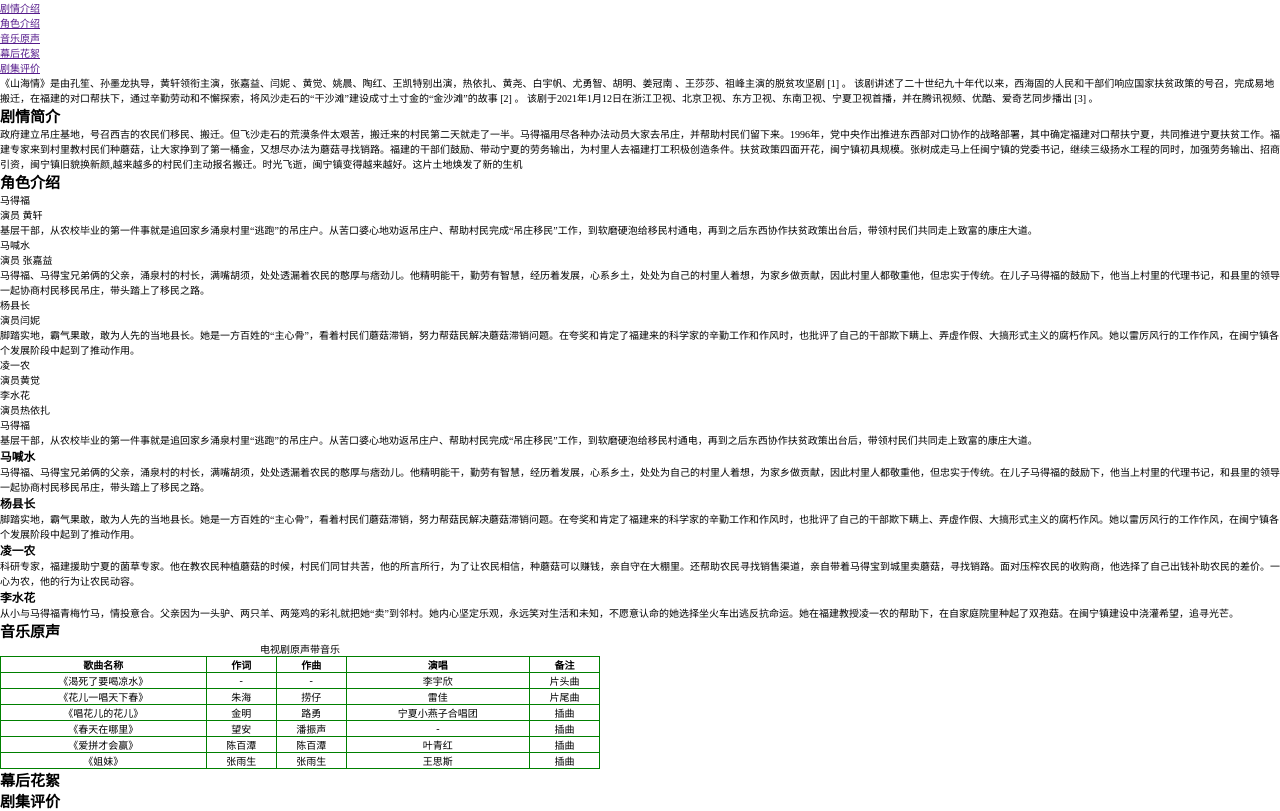
Repository: Lixianlai-2/static-website
Page: index.html
An editor plug-in stored every save of this project. The page is shown before and after the next save, followed by the edit.
The browser window is 1280 px wide. The pictures show the whole page.

Above is the page before, as saved 2021-11-30 20:24:40.

After the next save:
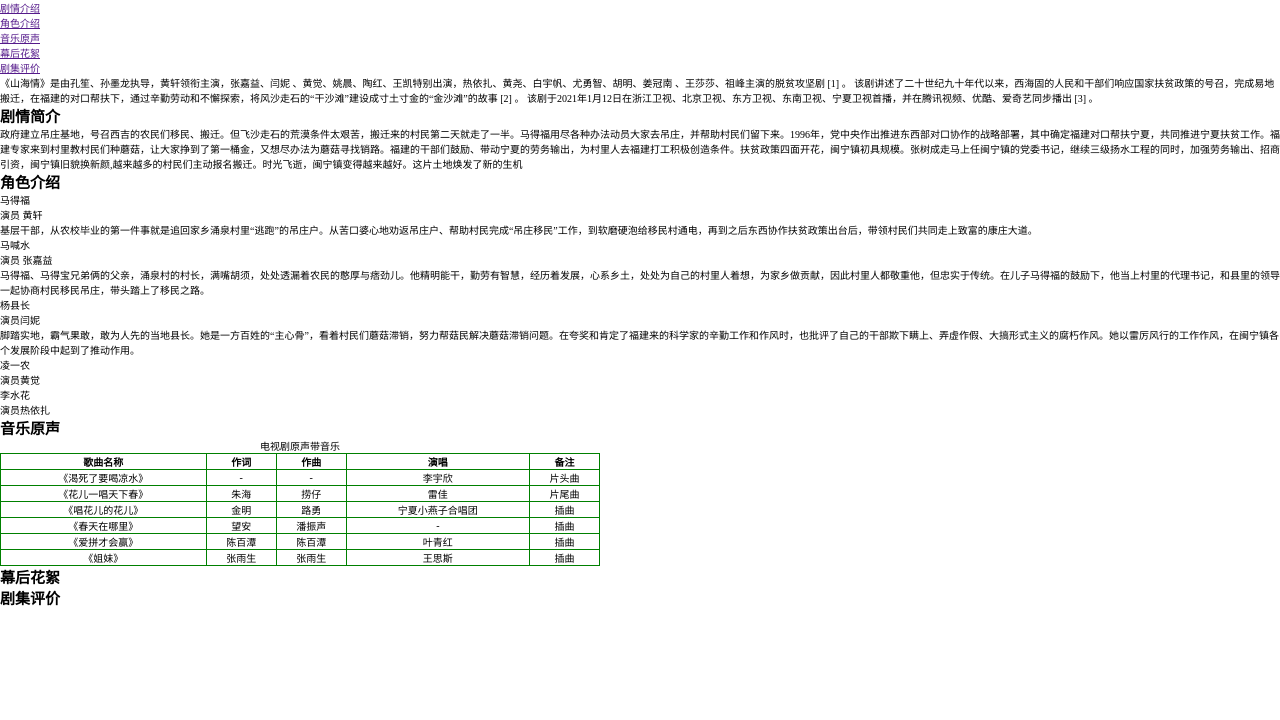
Saved 18 s later.
--- a/index.html
+++ b/index.html
@@ -157,39 +157,6 @@
     <!-- ul>(li>dl>dt>div.role-name>span.item-value+div.role-actor>span.item-key+span.item-value+dl)*5 -->
     <!-- div.role-name>span.item-value+div.role-actor>span.item-key+span.item-value -->
 
-    <ul>
-      <li>
-        <p>马得福</p>
-        <p>
-          基层干部，从农校毕业的第一件事就是追回家乡涌泉村里“逃跑”的吊庄户。从苦口婆心地劝返吊庄户、帮助村民完成“吊庄移民”工作，到软磨硬泡给移民村通电，再到之后东西协作扶贫政策出台后，带领村民们共同走上致富的康庄大道。
-        </p>
-      </li>
-      <li>
-        <h3>马喊水</h3>
-        <p>
-          马得福、马得宝兄弟俩的父亲，涌泉村的村长，满嘴胡须，处处透漏着农民的憨厚与痞劲儿。他精明能干，勤劳有智慧，经历着发展，心系乡土，处处为自己的村里人着想，为家乡做贡献，因此村里人都敬重他，但忠实于传统。在儿子马得福的鼓励下，他当上村里的代理书记，和县里的领导一起协商村民移民吊庄，带头踏上了移民之路。
-        </p>
-      </li>
-      <li>
-        <h3>杨县长</h3>
-        <p>
-          脚踏实地，霸气果敢，敢为人先的当地县长。她是一方百姓的“主心骨”，看着村民们蘑菇滞销，努力帮菇民解决蘑菇滞销问题。在夸奖和肯定了福建来的科学家的辛勤工作和作风时，也批评了自己的干部欺下瞒上、弄虚作假、大搞形式主义的腐朽作风。她以雷厉风行的工作作风，在闽宁镇各个发展阶段中起到了推动作用。
-        </p>
-      </li>
-      <li>
-        <h3>凌一农</h3>
-        <p>
-          科研专家，福建援助宁夏的菌草专家。他在教农民种植蘑菇的时候，村民们同甘共苦，他的所言所行，为了让农民相信，种蘑菇可以赚钱，亲自守在大棚里。还帮助农民寻找销售渠道，亲自带着马得宝到城里卖蘑菇，寻找销路。面对压榨农民的收购商，他选择了自己出钱补助农民的差价。一心为农，他的行为让农民动容。
-        </p>
-      </li>
-      <li>
-        <h3>李水花</h3>
-        <p>
-          从小与马得福青梅竹马，情投意合。父亲因为一头驴、两只羊、两笼鸡的彩礼就把她“卖”到邻村。她内心坚定乐观，永远笑对生活和未知，不愿意认命的她选择坐火车出逃反抗命运。她在福建教授凌一农的帮助下，在自家庭院里种起了双孢菇。在闽宁镇建设中浇灌希望，追寻光芒。
-        </p>
-      </li>
-    </ul>
-
     <h2>音乐原声</h2>
     <table>
       <caption>
